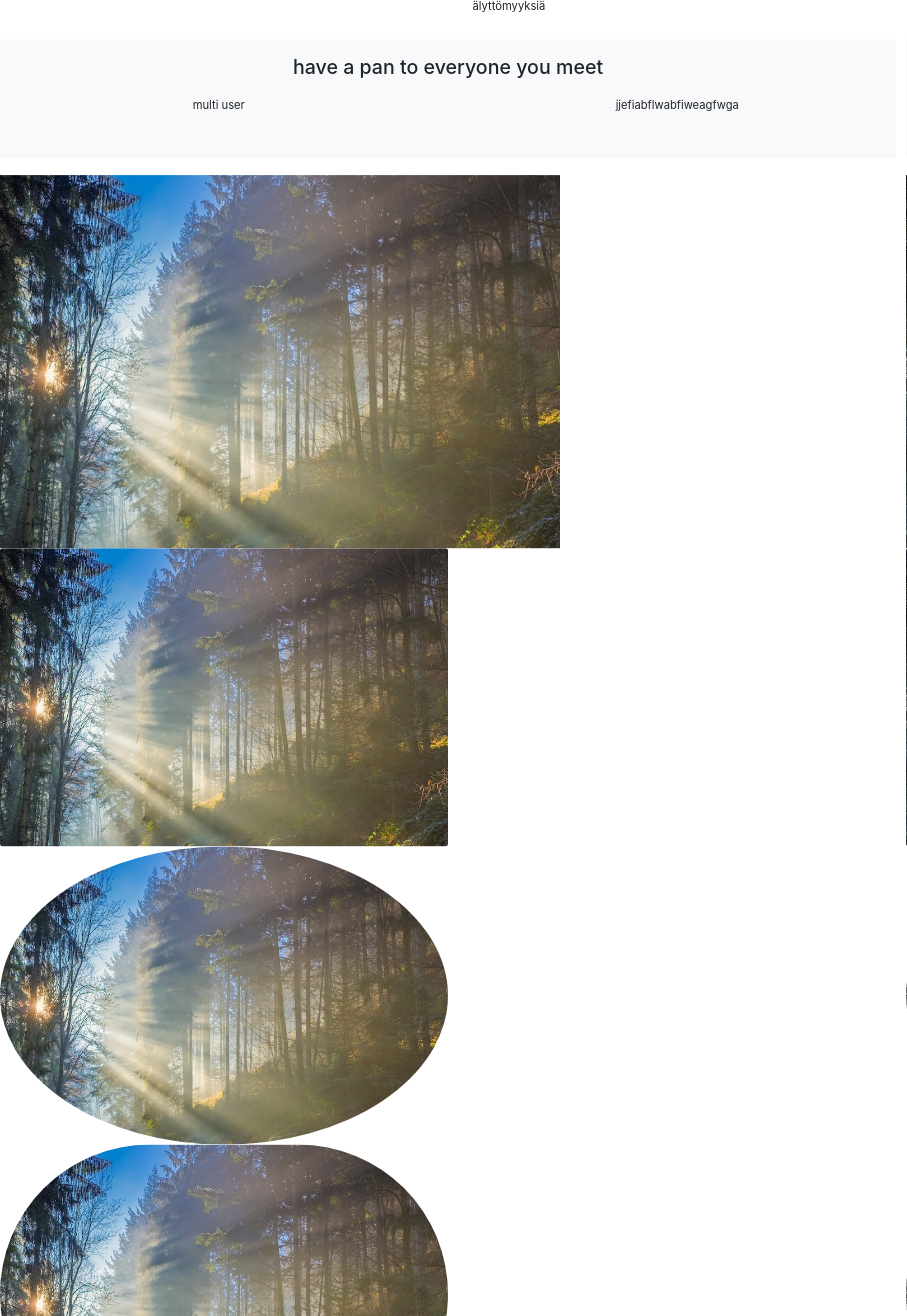
Repository: jessehapuli/jessehapuli.github.io
Page: Bootstrap/index.html
The author's editor kept a copy of each file at every save. The page is drawn from the files as they stood at one save, then again after the next save.
The browser window is 1280 px wide. The page is 1295 px wide, so the pictures cover 1295 px, including what lies to the right of the window. The pictures show the part of the page from y = 683 to 2563 px (the page is 3388 px tall before and 957 px after), at 70% of full size.

Above is the page before, as saved 2024-04-24 12:52:13.

### Bootstrap/index.html
<!doctype html>
<html lang="en">
  <head>
    <!-- Required meta tags -->
    <meta charset="utf-8">
    <meta name="viewport" content="width=device-width, initial-scale=1, shrink-to-fit=no">

    <!-- Bootstrap CSS -->
    <link rel="stylesheet" href="https://cdn.jsdelivr.net/npm/bootstrap@4.6.2/dist/css/bootstrap.min.css" integrity="sha384-xOolHFLEh07PJGoPkLv1IbcEPTNtaed2xpHsD9ESMhqIYd0nLMwNLD69Npy4HI+N" crossorigin="anonymous">

    <link rel="stylesheet" href="styles.css">

    <title>Hello, world!</title>
  </head>
  <body>

    <!--heading-->

    <section class="container-fluid bg-light text-center">
      <div class="rov d-flex justify-content-center">
        <div class="col-md-6 my-5 py-lg-5">
          <h1>mitä te ite haluatte</h1>
          <p>mitä mun pitäisi laittaa tänne. eikun aa joo, </p>
          <a class="btn btn-outline-primary" href="piercing">get started</a>
          <br>
          <br>
          <a href="">get advanced</a>
          <br>
          <a href="">more info</a>
        </div>
      </div>
    </section>

    <!--mid area-->

    <sectio class="container">
      <div class="row">
        <div class="col-md-6 d-flex align-items-center">
          <p class="lead">salam lorem ipsum</p>
        </div>
        <div class="col-md-6">
          <ul class="list-group list-group-flush">
            <li class="list-group-item list-group-item-primary"><span>&#10004;</span>heeeelp, heeeelp help meee heeelp</li>
            <li class="list-group-item"><span>&#10004;</span>heeeelp, heeeelp help meee heeelp no</li>
            <li class="list-group-item">ei millään voitaisi keskittyä</li>
            <li class="list-group-item">ihmeellistä säätöä</li>
            <li class="list-group-item">tyhmiä juttuja</li>
            <li class="list-group-item">älyttömyyksiä</li>
          </ul>
        </div>
      </div>
    </section>

<!--footer-->

    <section class="conteiner-fluid text-center bg-light my-4 py-4">
      <h3>have a pan to everyone you meet</h3>
      <div class="row my-4">
        <div class="col">
          <i class="fas fa-user fa-5x py-3"></i>
          <p>multi user</p>
        </div>
        <div class="col">
          <i class="fas fa-file-alt fa-5x py-3"></i>
          <p>jjefiabflwabfiweagfwga</p>
        </div>
      </div>
    </section>

    <!--images-->
    <img src="..\img/bootstrap_images/sample.jpg" class="h-25">
    <img src="..\img/bootstrap_images/sample.jpg" class="w-50 rounded">
    <img src="..\img/bootstrap_images/sample.jpg" class="w-50 rounded-circle">
    <img src="..\img/bootstrap_images/sample.jpg" class="w-50 rounded-pill">
    <img src="..\img/bootstrap_images/sample.jpg" class="w-75 img-thumbnail">

    <!-- Optional JavaScript; choose one of the two! -->

    <!-- Option 1: jQuery and Bootstrap Bundle (includes Popper) -->
    <script src="https://cdn.jsdelivr.net/npm/jquery@3.5.1/dist/jquery.slim.min.js" integrity="sha384-DfXdz2htPH0lsSSs5nCTpuj/zy4C+OGpamoFVy38MVBnE+IbbVYUew+OrCXaRkfj" crossorigin="anonymous"></script>
    <script src="https://cdn.jsdelivr.net/npm/bootstrap@4.6.2/dist/js/bootstrap.bundle.min.js" integrity="sha384-Fy6S3B9q64WdZWQUiU+q4/2Lc9npb8tCaSX9FK7E8HnRr0Jz8D6OP9dO5Vg3Q9ct" crossorigin="anonymous"></script>

    <!-- Option 2: Separate Popper and Bootstrap JS -->
    <!--
    <script src="https://cdn.jsdelivr.net/npm/jquery@3.5.1/dist/jquery.slim.min.js" integrity="sha384-DfXdz2htPH0lsSSs5nCTpuj/zy4C+OGpamoFVy38MVBnE+IbbVYUew+OrCXaRkfj" crossorigin="anonymous"></script>
    <script src="https://cdn.jsdelivr.net/npm/popper.js@1.16.1/dist/umd/popper.min.js" integrity="sha384-9/reFTGAW83EW2RDu2S0VKaIzap3H66lZH81PoYlFhbGU+6BZp6G7niu735Sk7lN" crossorigin="anonymous"></script>
    <script src="https://cdn.jsdelivr.net/npm/bootstrap@4.6.2/dist/js/bootstrap.min.js" integrity="sha384-+sLIOodYLS7CIrQpBjl+C7nPvqq+FbNUBDunl/OZv93DB7Ln/533i8e/mZXLi/P+" crossorigin="anonymous"></script>
    -->
  </body>
</html>

### Bootstrap/styles.css
i {
    color: forestgreen;
}

After the next save:
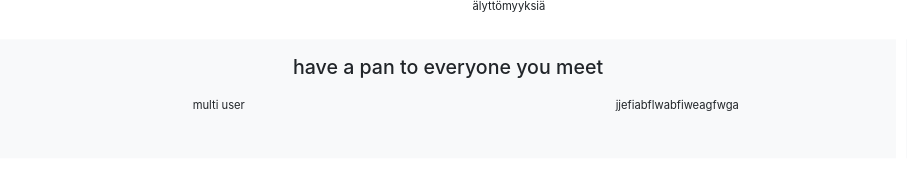
Saved 2 min 44 s later.
--- a/Bootstrap/index.html
+++ b/Bootstrap/index.html
@@ -68,11 +68,13 @@
     </section>
 
     <!--images-->
+    <!--
     <img src="..\img/bootstrap_images/sample.jpg" class="h-25">
     <img src="..\img/bootstrap_images/sample.jpg" class="w-50 rounded">
     <img src="..\img/bootstrap_images/sample.jpg" class="w-50 rounded-circle">
-    <img src="..\img/bootstrap_images/sample.jpg" class="w-50 rounded-pill">
+    <img src="..\img/bootstrap_images/sample.jpg" class="w-50 rounded-pill float-right">
     <img src="..\img/bootstrap_images/sample.jpg" class="w-75 img-thumbnail">
+      -->
 
     <!-- Optional JavaScript; choose one of the two! -->
 
